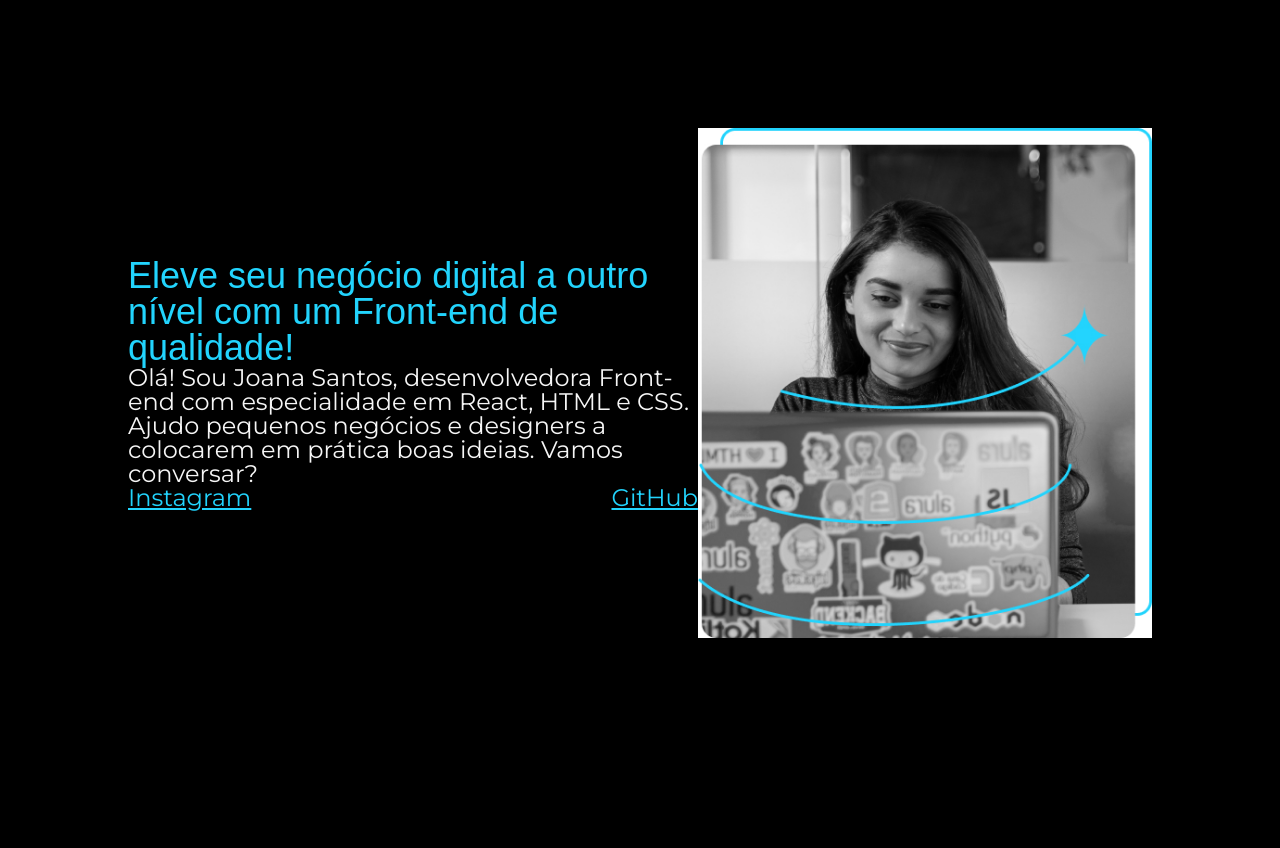
Repository: joaoPraiaJunior/html-basico
Page: index.html
The author's editor kept a copy of each file at every save. The page is drawn from the files as they stood at one save, then again after the next save.
The browser window is 1280 px wide. The pictures show the whole page.
Some web fonts or font styles are not loaded; a fallback is used.

Above is the page before, as saved 2024-06-01 18:33:31.

After the next save:
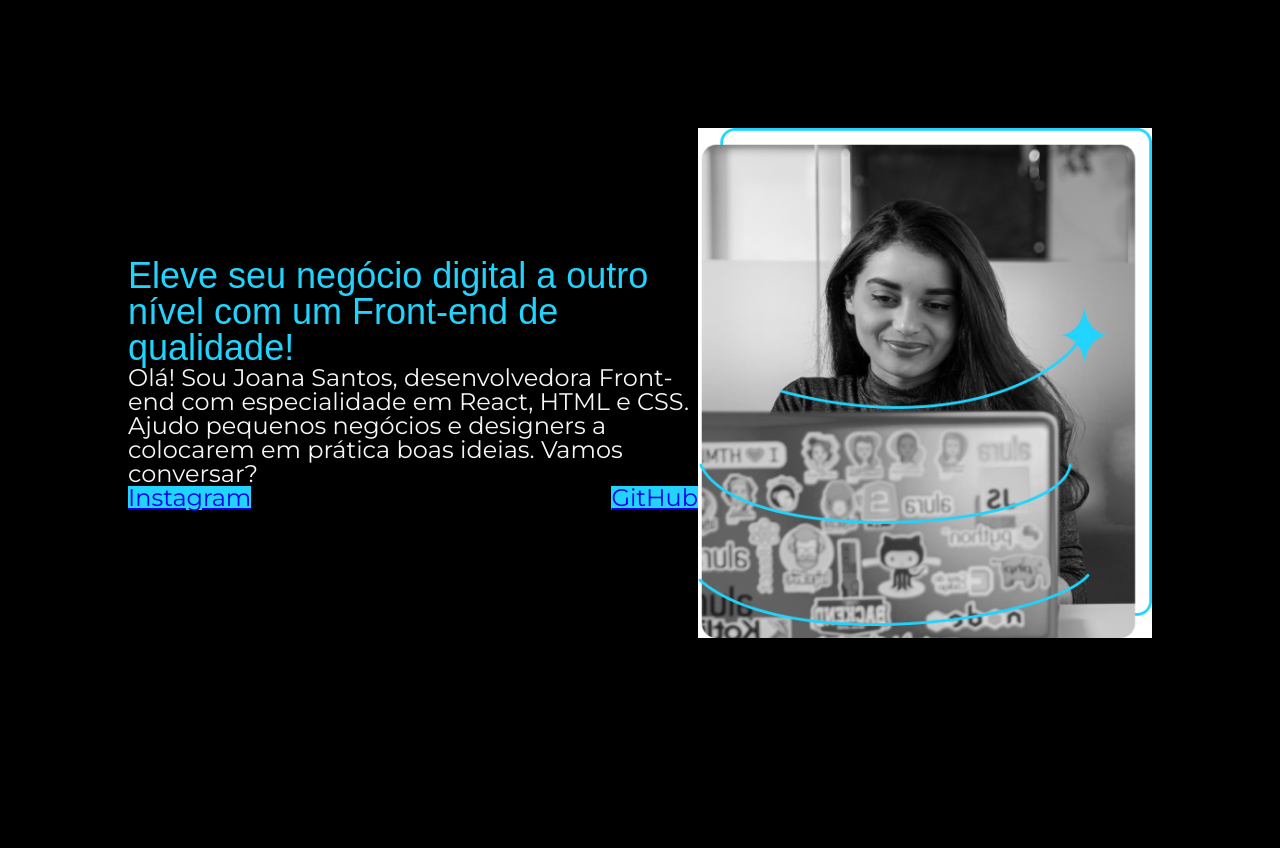
Saved 20 s later.
--- a/css/style.css
+++ b/css/style.css
@@ -39,7 +39,7 @@
 }
 
 .apresentacao__link {
-  color: #22d4fd;
+  background-color: #22d4fd;
   font-family: 'Montserrat', sans-serif;
   font-size: 2.4rem;
 
